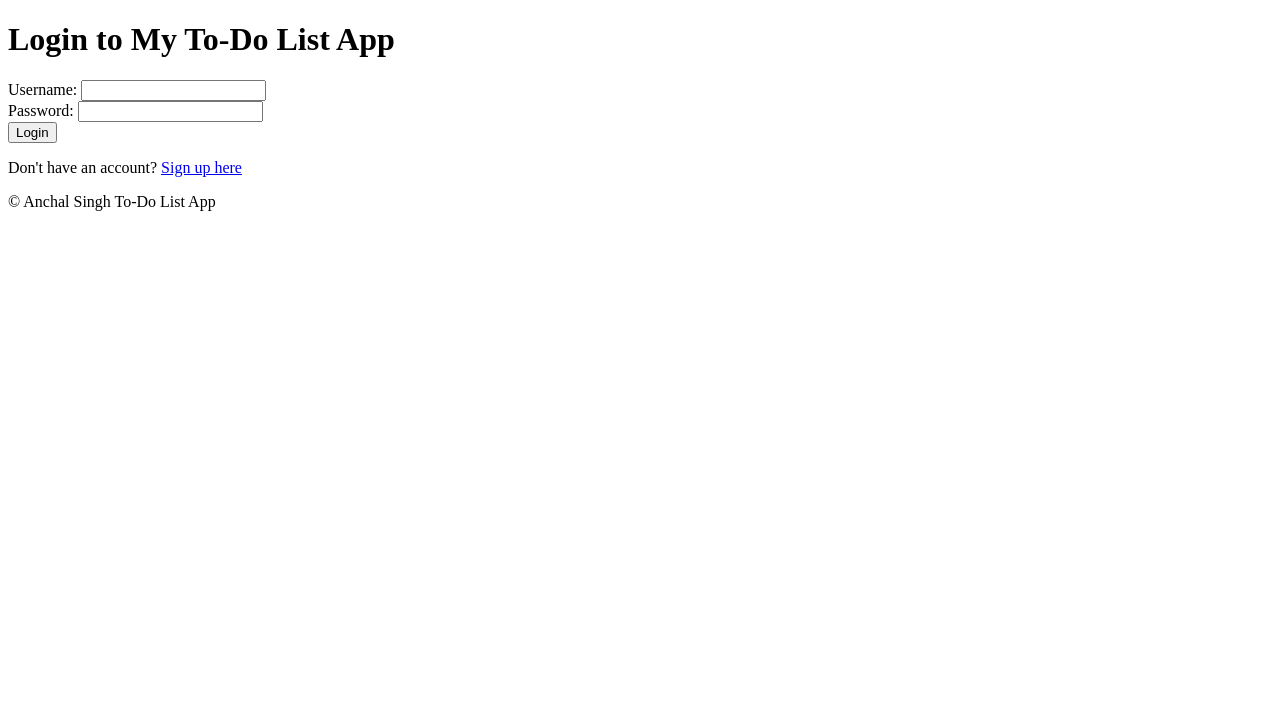
Repository: anchalsinghrajput/spring-MVC
Page: http://localhost/todoList/views/loginPage.jsp
An editor plug-in stored every save of this project. The page is shown before and after the next save, followed by the edit.
The browser window is 1280 px wide. The pictures show the whole page.
The page is served by Tomcat 10.

Above is the page before, as saved 2023-11-16 07:11:36.

After the next save:
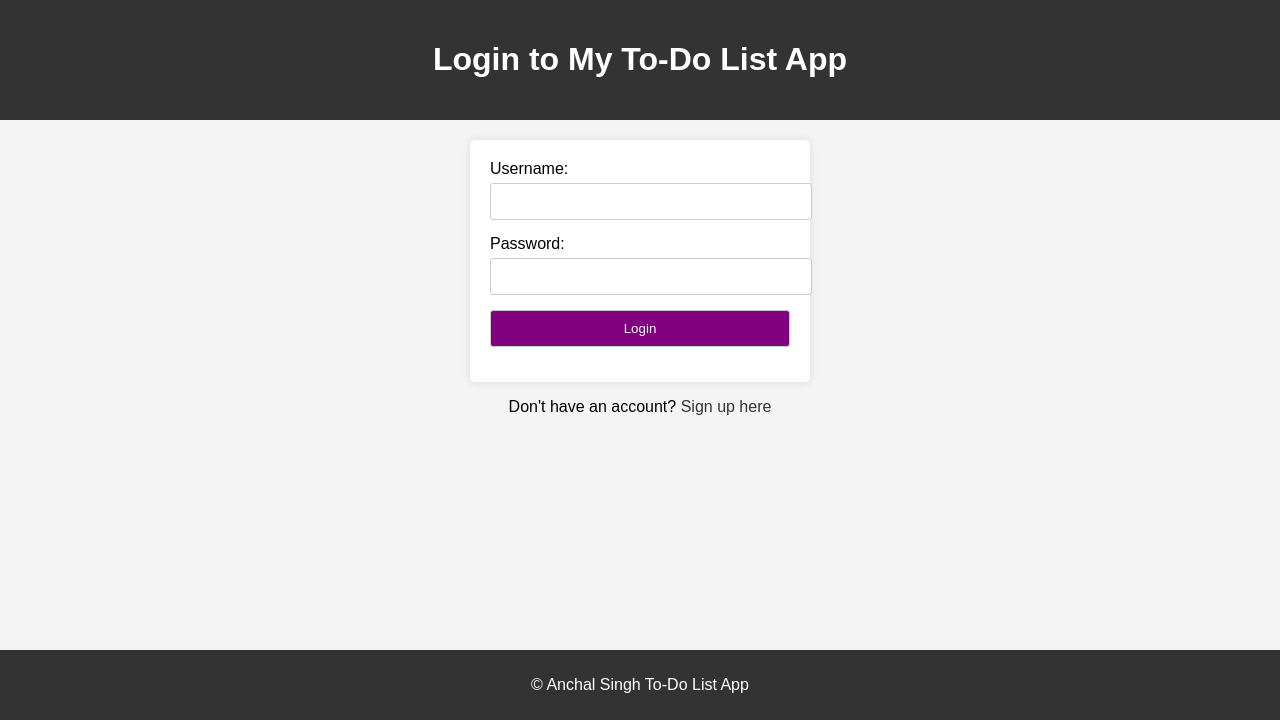
Saved 16 s later.
--- a/todoList/src/main/webapp/views/loginPage.jsp
+++ b/todoList/src/main/webapp/views/loginPage.jsp
@@ -2,6 +2,66 @@
 <html>
 <head>
     <title>Login - My To-Do List App</title>
+    <style>
+        body {
+            font-family: Arial, sans-serif;
+            margin: 0;
+            padding: 0;
+            background-color: #f4f4f4;
+            text-align: center;
+        }
+        header {
+            background-color: #333;
+            color: #fff;
+            padding: 20px 0;
+        }
+        main {
+            padding: 20px;
+        }
+        form {
+            width: 300px;
+            margin: 0 auto;
+            background-color: #fff;
+            padding: 20px;
+            border-radius: 5px;
+            box-shadow: 0 0 10px rgba(0, 0, 0, 0.1);
+        }
+        label {
+            display: block;
+            margin-bottom: 5px;
+            text-align: left;
+        }
+        input[type="text"],
+        input[type="password"],
+        button {
+            width: 100%;
+            padding: 10px;
+            margin-bottom: 15px;
+            border-radius: 3px;
+            border: 1px solid #ccc;
+        }
+        button {
+            background-color: purple;
+            color: white;
+            cursor: pointer;
+            transition: background-color 0.3s ease;
+        }
+        button:hover {
+            background-color: #6a1b9a;
+        }
+        a {
+            text-decoration: none;
+            color: #333;
+        }
+        footer {
+            background-color: #333;
+            color: #fff;
+            padding: 10px 0;
+            position: absolute;
+            bottom: 0;
+            width: 100%;
+        }
+    </style>
 </head>
 <body>
     <header>
